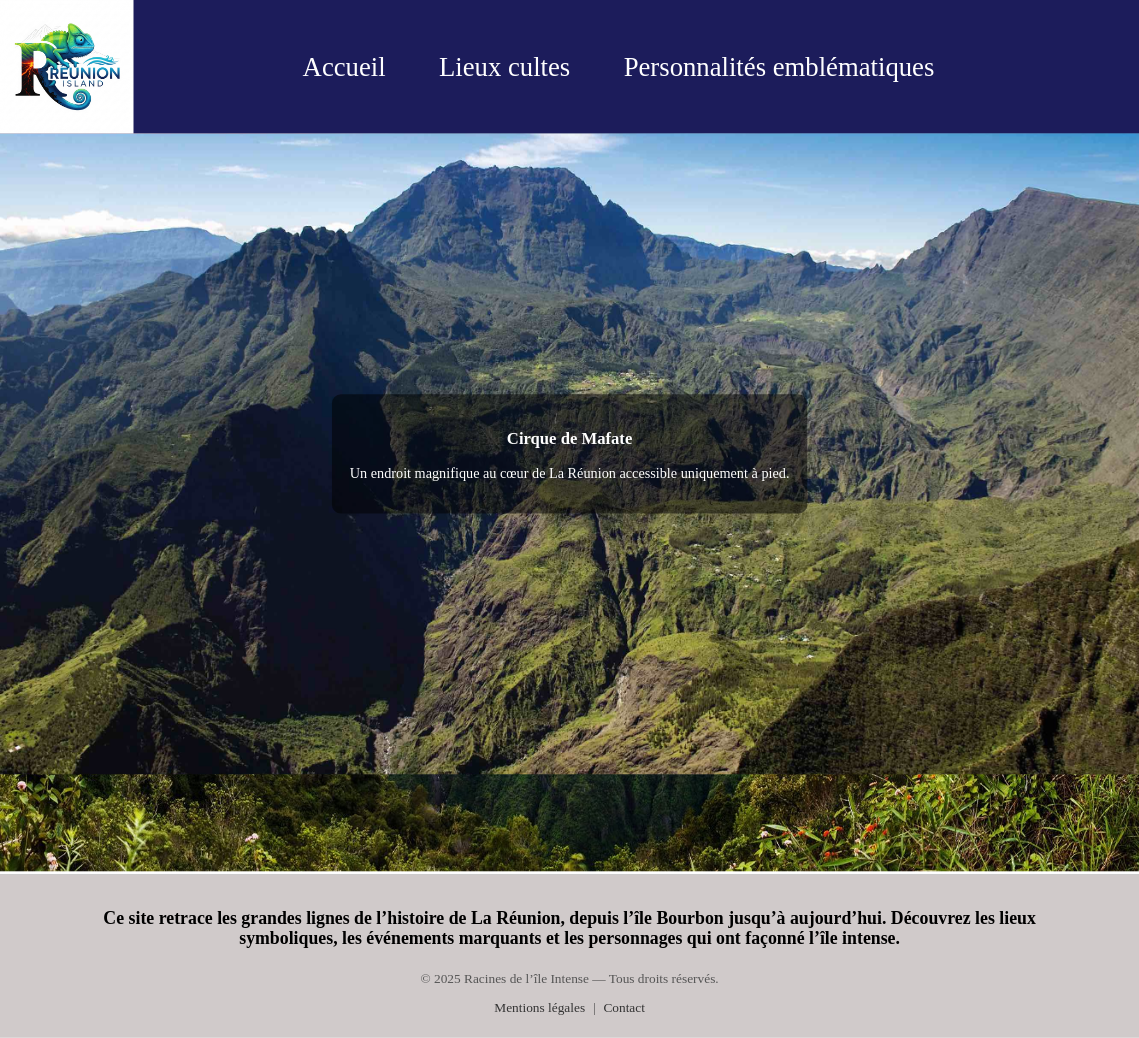
Repository: racinesintense974/Racines-de-lile-intense
Page: mafate.html
An editor plug-in stored every save of this project. The page is shown before and after a run of saves, followed by the edit.
The browser window is 1280 px wide. The pictures show the whole page, at 89% of full size.

Above is the page before, as saved 2026-02-19 16:32:09.

### mafate.html
<!DOCTYPE html>
<html lang="fr">
<head>
    <meta charset="UTF-8">
    <meta name="viewport" content="width=device-width, initial-scale=1.0">
    <title>Racines-Mafate</title>
<link rel="stylesheet" href="css/mafate.css">
</head>


<body>
<section class="top-page">
        <header class="header">
            <img src="image/logo22.png" alt="logo du site">
        <nav class="nav">
    <ul class="menu">
        <li><a href="index.html">Accueil</a></li>

        <li class="dropdown">
            <a href="#">Lieux cultes</a>
            <ul class="submenu">
                <li><a href="mafate.html">Mafate</a></li>
                <li><a href="cilaos.html">Cilaos</a></li>
                <li><a href="volcans.html">Les volcans</a></li>
            </ul>
        </li>

         <li class="dropdown">
        <a href="#">Personnalités emblématiques</a>
            <ul class="submenu">
                <li><a href="Olivier.html">Olivier Levasseur</a></li>
                <li><a href="Desbassayns.html">Madame Desbassayns</a></li>
                <li><a href="Garros.html">Rolland Garros</a></li>
            </ul>
        </li>
    </ul>
</nav>


        </header>

<section class="mafate-hero">
  <div class="contenu">
    <h1>Cirque de Mafate</h1>
    <p>Un endroit magnifique au cœur de La Réunion accessible uniquement à pied.</p>
  </div>
</section>
  <footer class="footer">
    <h1 class="big-title2">Ce site retrace les grandes lignes de l’histoire de La Réunion, depuis l’île Bourbon jusqu’à aujourd’hui. Découvrez les lieux symboliques, les événements marquants et les personnages qui ont façonné l’île intense.</h1>
  <p>&copy; 2025 Racines de l’île Intense — Tous droits réservés.</p>
  <p><a href="mentions-legales.html">Mentions légales</a> | <a href="contact.html">Contact</a></p>
</footer>
</body>
</html>

### css/mafate.css

*

body {
    margin: 0 auto;

}

header.header {
    display: flex;
    align-items: center;
    background-color: rgb(28, 28, 91);                    /* Entête */
    margin: 0;

}

header.header img {
    width: 150px;
}






section.top-page {
    background: url('../image/point-de-vue-mafate-frog_974.jpg');
    background-size: cover;
    height: 136vh;
    padding: 0px;
}
/* page de bienvenue (landing page) */
.big-title {
    color: rgb(255, 255, 255);
    font-size: 27px;
    padding: 55px 360px;
    background-color: rgba(0, 0, 0, 0.323);
    margin-top: 0;



}
html, body {
  height: 100%;           /* Nécessaire pour que le conteneur remplisse l'écran */
  margin: 0;
  padding: 0;
}

.conteneur-central {
  display: flex;
  justify-content: center;      /* centre horizontalement */
  align-items: center;          /* centre verticalement */
  height: 70vh;                /* 100% de la hauteur de l'écran */
}

/* La galerie contient les images */
.galerie-images {
  display: flex;
  gap: 20px;
  flex-wrap: wrap;
  justify-content: center;
}

.galerie-images img {
  width: 390px;
  height: auto;
  border-radius: 50px;
  box-shadow: 0 4px 10px rgba(0, 0, 0, 0.1);
  transition: transform 0.3s ease;
}

.galerie-images img:hover {
  transform: scale(1.05);
}

.big-title2 {
    color: black;
    font-size: 20px;
    padding: 10px 50px;
}

.mafate-hero {
  height: 100vh;
  background-image: url("images/mafate.jpg");
  background-size: cover;
  background-position: center;
  display: flex;
  justify-content: center;
  align-items: center;
}

.contenu {
  background: rgba(0,0,0,0.5);
  color: white;
  padding: 20px;
  text-align: center;
  border-radius: 10px;
}

.footer {
    width: 100%;
  background-color: #d0caca;
  padding: 10px;
  text-align: center;
  font-size: 15px;
  color: #555;
  border-top: 1px solid #ccc;
  margin-top: 112px;
   box-sizing: border-box;

}

.footer a {
  color: #333;
  text-decoration: none;
  margin: 0 5px;
}

.footer a:hover {
  text-decoration: underline;
}


/* menu de navigation */

nav.nav {
    display: flex;
    justify-content: space-between;
    list-style: none;
    width: 970px;
    margin-left: 180px;
font-size: 30px;
}


nav.nav li {
    color: white;
}



/* ===== MENU DEROULANT LIEUX-CULTES ===== */

nav.nav ul.menu {
    list-style: none;
    display: flex;
    gap: 40px;           /* espace entre les éléments */
    margin: 0;
    padding: 0;
}

nav.nav ul.menu > li {
    position: relative;
}

nav.nav ul.menu a {
    text-decoration: none;
    color: rgb(255, 255, 255);
    font-size: 30px;
    padding: 10px;
}

/* Sous-menu caché */
.submenu {
    list-style: none;
    padding: 0;
    margin: 0;
    position: absolute;
    background: rgb(12, 16, 70);
    border-radius: 5px;
    border: 1px solid black;
    display: none;
    min-width: 180px;
    z-index: 10;
}

/* Liens du sous-menu */
.submenu li a {
    color: black;
    padding: 10px;
    display: block;
    font-size: 20px;
}

/* Apparition au survol */
.dropdown:hover .submenu {
    display: block;
}

/* Effet hover */
.submenu li a:hover {
    background-color: #a01212;
}

After the next 2 saves:
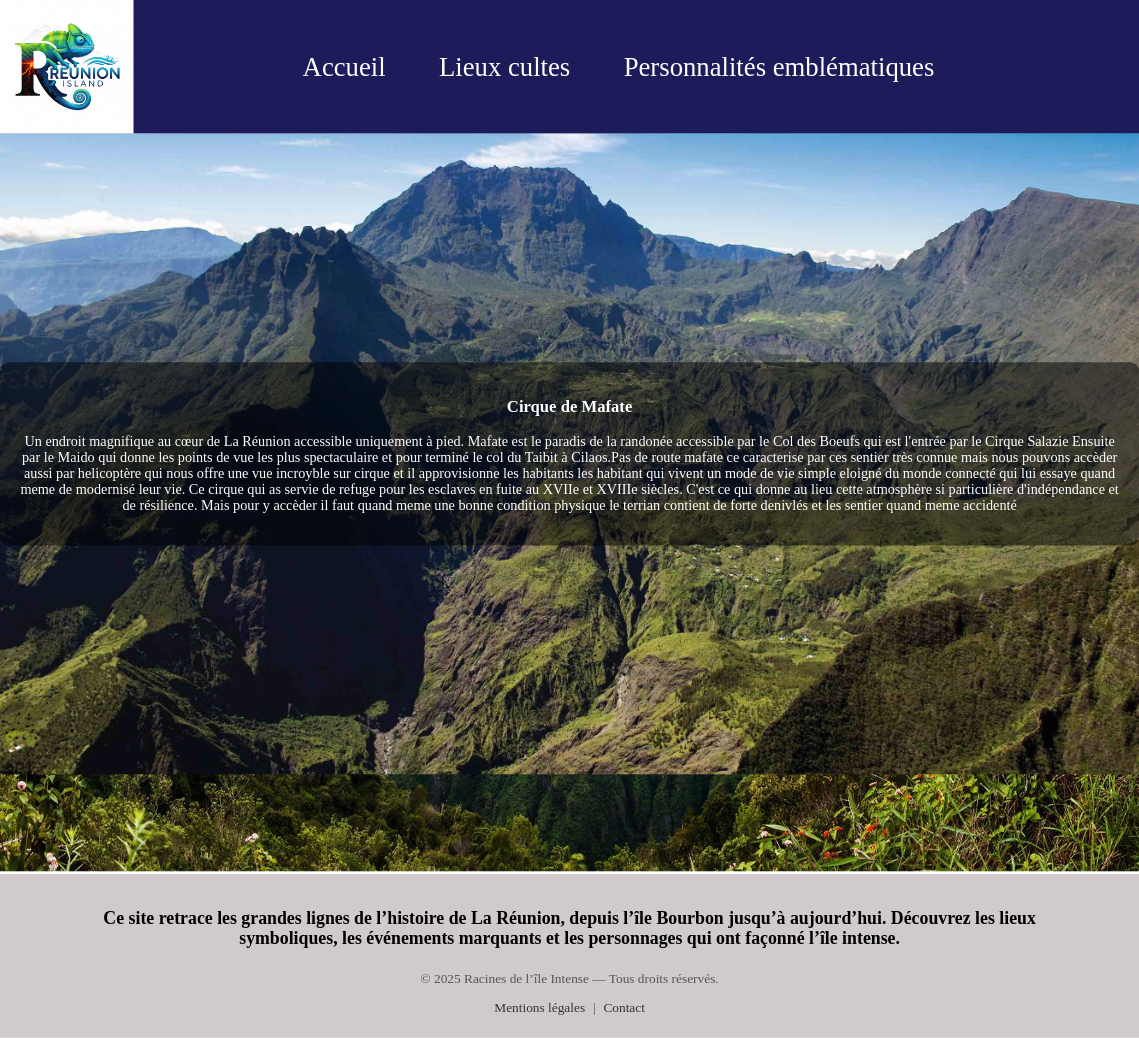
The 2 saves are shown as one change because they came seconds apart.
The last was saved 18 s later.
--- a/mafate.html
+++ b/mafate.html
@@ -28,7 +28,7 @@
          <li class="dropdown">
         <a href="#">Personnalités emblématiques</a>
             <ul class="submenu">
-                <li><a href="Olivier.html">Olivier Levasseur</a></li>
+                <li><a href="olivier-levasseur.html">Olivier Levasseur</a></li>
                 <li><a href="Desbassayns.html">Madame Desbassayns</a></li>
                 <li><a href="Garros.html">Rolland Garros</a></li>
             </ul>
@@ -42,7 +42,19 @@
 <section class="mafate-hero">
   <div class="contenu">
     <h1>Cirque de Mafate</h1>
-    <p>Un endroit magnifique au cœur de La Réunion accessible uniquement à pied.</p>
+    <p>Un endroit magnifique au cœur de La Réunion accessible uniquement à pied.
+        Mafate est le paradis de la randonée accessible par le Col des Boeufs qui est l'entrée par le Cirque Salazie
+       Ensuite par le Maido qui donne les points de vue les plus spectaculaire
+       et pour terminé le col du Taibit à Cilaos.Pas de route  mafate ce caracterise par ces sentier très connue mais nous pouvons
+       accèder aussi par helicoptère qui nous offre une vue incroyble sur cirque et il approvisionne les habitants les
+       habitant qui vivent un mode de vie simple eloigné du monde connecté qui lui essaye quand meme de modernisé leur vie.
+       Ce cirque qui as servie de refuge pour les esclaves en fuite au XVIIe et XVIIIe siècles.
+        C'est ce qui donne au lieu cette atmosphère si particulière d'indépendance et de résilience.
+        Mais pour y accèder il faut quand meme une bonne condition physique le terrian contient de forte denivlés et les sentier quand
+        meme accidenté
+
+
+    </p>
   </div>
 </section>
   <footer class="footer">
